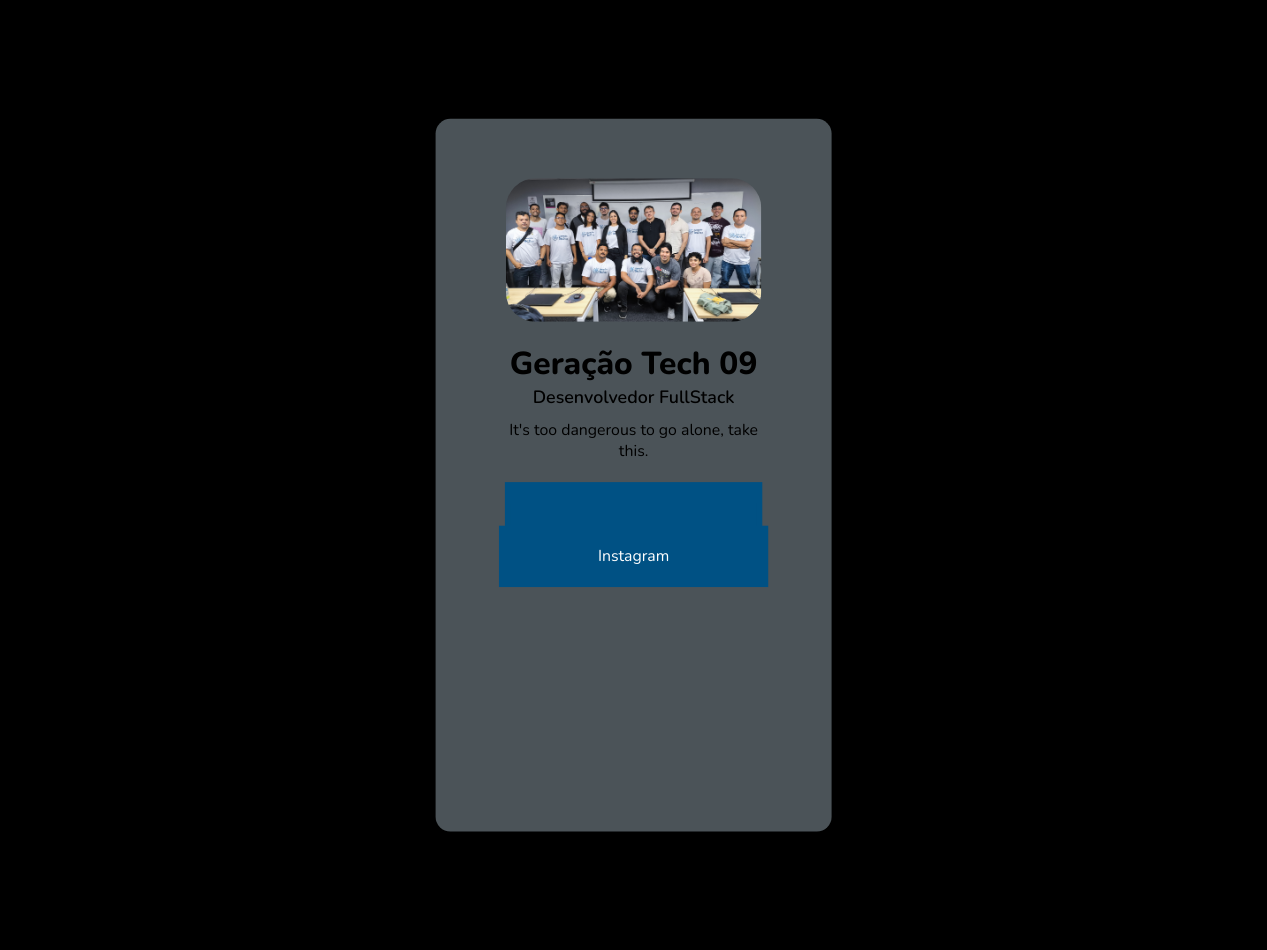
Repository: geracao-09/linktree-gt9
Page: index.html
An editor plug-in stored every save of this project. The page is shown before and after the next save, followed by the edit.
The browser window is 1280 px wide. The pictures show the whole page, at 99% of full size.

Above is the page before, as saved 2025-04-11 09:09:24.

### index.html
<!DOCTYPE html>
<html lang="pt-br">
  <head>
    <meta charset="UTF-8" />
    <meta name="viewport" content="width=device-width, initial-scale=1.0" />
    <title>Linktree do GT09</title>
    <link rel="stylesheet" href="style.css" />
    <link rel="preconnect" href="https://fonts.googleapis.com" />
    <link rel="preconnect" href="https://fonts.gstatic.com" crossorigin />
    <link href="https://fonts.googleapis.com/css2?family=Nunito:ital,wght@0,200..1000;1,200..1000&display=swap" rel="stylesheet" />
  </head>
  <body>
    <div class="container-main">
      <div class="container-image">
        <img src="./assets/image-profile.jpg" alt="Foto dos top 25 geracao tech" />
      </div>
      <div class="container-infos">
        <h1>Geração Tech 09</h1>
        <h2>Desenvolvedor FullStack</h2>
      </div>
      <div class="container-easter-egg">
        <p>It's too dangerous to go alone, take this.</p>
      </div>
      <div class="container-social">
        <ul>
          <li>
            <a href="https://www.linkedin.com/in/cesar-hideki-nagano-326b75115/" target="_blank"> Linkedin </a>
          </li>
          <li>
            <a href="https://github.com/geracao-09" target="_blank"> Github </a>
          </li>
          <li>
            <a href="https://www.instagram.com/hidekina/" target="_blank"> Instagram </a>
          </li>
        </ul>
      </div>
    </div>
  </body>
</html>

### style.css
* {
  font-family: "Nunito", sans-serif;
  margin: 0;
  padding: 0;
  box-sizing: border-box;
}

body {
  background-color: #000000;
}

.container-main {
  background-color: #4b5358;
  width: 400px;
  height: 720px;
  box-sizing: border-box;
  margin: 120px auto;
  padding: 60px;
  border-radius: 15px;
  text-align: center;
}

.container-image img {
  width: 258px;
  border-radius: 30px;
}

.container-infos {
  margin-top: 15px;
  margin-bottom: 10px;
}

.container-infos h1 {
    font-weight: 800;
}

.container-infos h2 {
    font-weight: 600;
    font-size: 18px;
}
.container-social ul {
  list-style-type: none;
}

.container-social a {
  text-decoration: none;
  color: white;
}

.container-social {
  margin-top: 40px;
}

.container-social a {
  background-color: #005184;
  padding: 20px 100px;
}

After the next save:
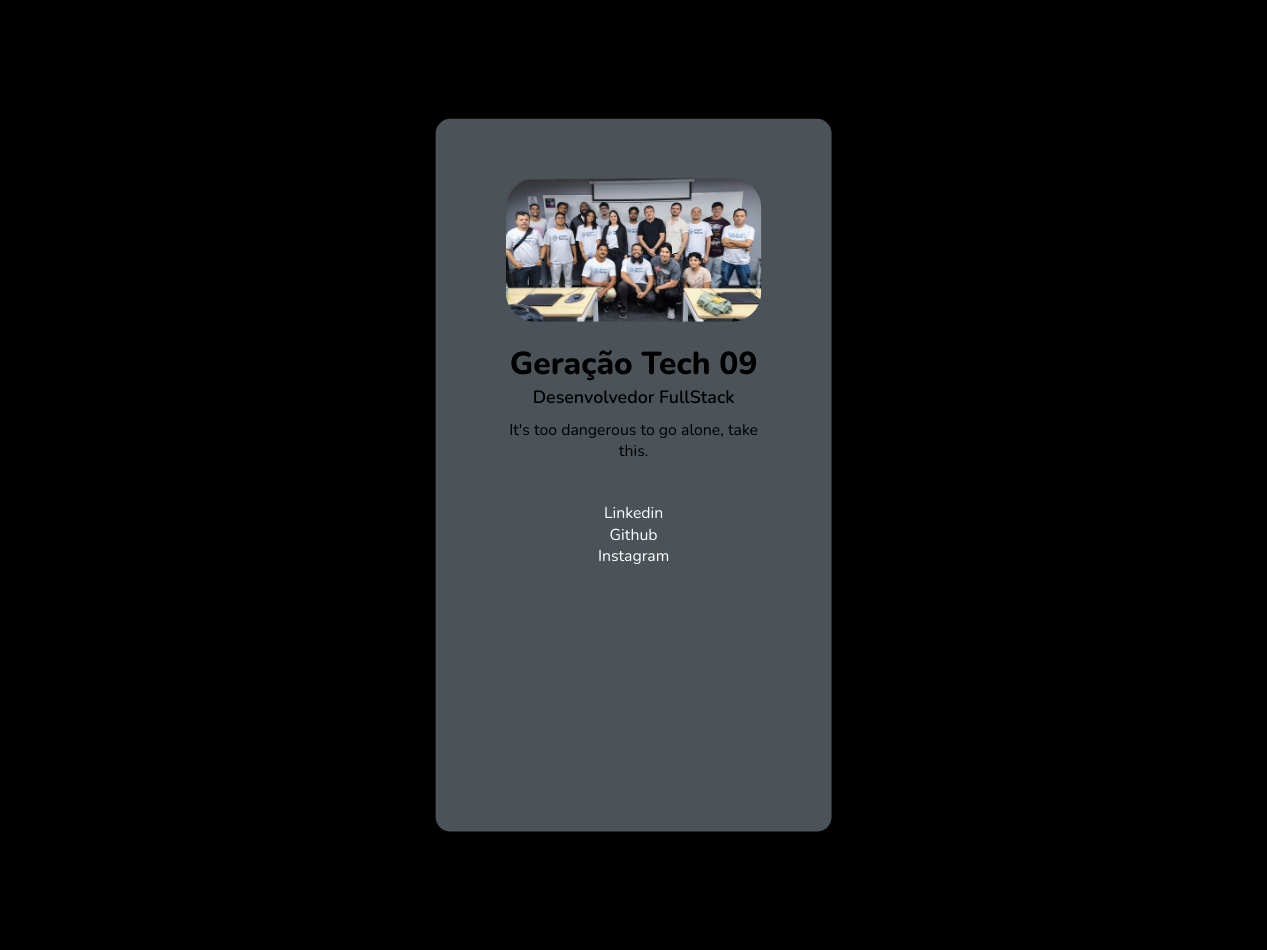
Saved 4 s later.
--- a/style.css
+++ b/style.css
@@ -51,6 +51,7 @@
   margin-top: 40px;
 }
 
+.co
 .container-social a {
   background-color: #005184;
   padding: 20px 100px;

After the save that followed:
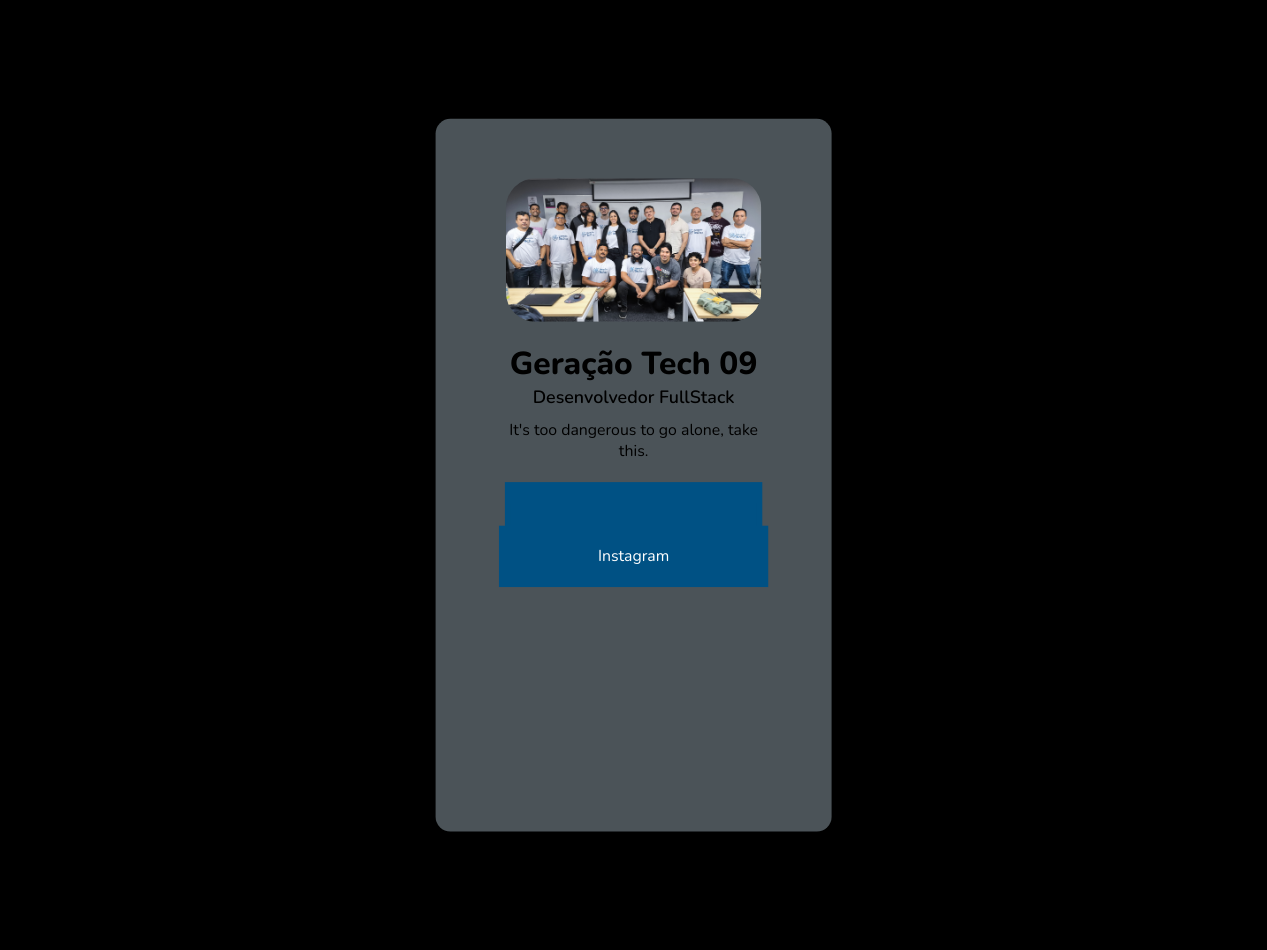
Saved 4 s later.
--- a/style.css
+++ b/style.css
@@ -51,7 +51,9 @@
   margin-top: 40px;
 }
 
-.co
+.container-social li {
+
+}
 .container-social a {
   background-color: #005184;
   padding: 20px 100px;
